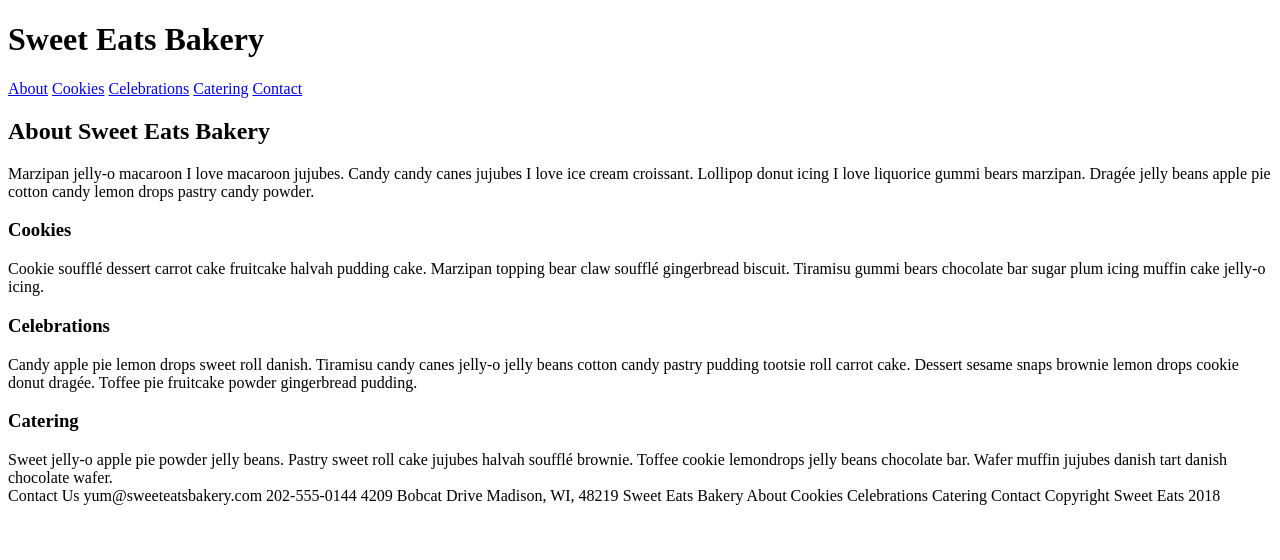
Repository: yoshimario/web-module-challenge-user-interface
Page: index.html
The author's editor kept a copy of each file at every save. The page is drawn from the files as they stood at one save, then again after a run of saves.
The browser window is 1280 px wide. The pictures show the whole page.
Some web fonts or font styles are not loaded; a fallback is used.

Above is the page before, as saved 2023-05-14 14:41:57.

### index.html
<!DOCTYPE html>
<html lang="en">

<head>
<meta charset="UTF-8">
<!-- import your css file -->
<link href="https://fonts.googleapis.com/css?family=Gaegu|Roboto" rel="stylesheet">
<title>Sweet Eats Bakery</title>
</head>

<body>

<!-- company name -->
<h1>Sweet Eats Bakery</h1>

<!-- Navigation -->
<nav>
<a href="#">About</a>
<a href="#">Cookies</a>
<a href="#">Celebrations</a>
<a href="#">Catering</a>
<a href="#">Contact</a>
</nav>

</header>
<!-- Image https://tk-assets.lambdaschool.com/bcf76f62-2431-4c22-b466-2e711f3da2b9_ui-i-bakery-main-header.png -->

<!-- Marketing header -->
<section>
<h2>About Sweet Eats Bakery </h2>

<p>Marzipan jelly-o macaroon I love macaroon jujubes. Candy candy canes jujubes I love ice cream croissant. Lollipop
donut icing I love liquorice gummi bears marzipan. Dragée jelly beans apple pie cotton candy lemon drops pastry candy
powder.</p>
</section>
<!-- content -->

<!-- Image https://tk-assets.lambdaschool.com/7393a8fd-c8e5-4003-921f-79e0d546d02c_ui-i-bakery-cookies.png -->
<section>
    <h3>Cookies</h3>

Cookie soufflé dessert carrot cake fruitcake halvah pudding cake. Marzipan topping bear claw soufflé gingerbread
biscuit. Tiramisu gummi bears chocolate bar sugar plum icing muffin cake jelly-o icing.

<!-- Image https://tk-assets.lambdaschool.com/297378d6-9c89-430f-9d2e-46ae3d5edce8_ui-i-bakery-cupcake-i.png -->
<h3>Celebrations</h3>

<p>Candy apple pie lemon drops sweet roll danish. Tiramisu candy canes jelly-o jelly beans cotton candy pastry pudding
tootsie roll carrot cake. Dessert sesame snaps brownie lemon drops cookie donut dragée. Toffee pie fruitcake powder
gingerbread pudding.</p>

    <!-- Image https://tk-assets.lambdaschool.com/ab0cb095-5900-476c-b042-aea065d3dbbf_ui-i-bakery-celebrate.png -->
<h3>Catering</h3>

Sweet jelly-o apple pie powder jelly beans. Pastry sweet roll cake jujubes halvah soufflé brownie. Toffee cookie
lemondrops jelly beans chocolate bar. Wafer muffin jujubes danish tart danish chocolate wafer.
</section>

Contact Us

yum@sweeteatsbakery.com
202-555-0144
4209 Bobcat Drive
Madison, WI, 48219

<!-- footer -->
Sweet Eats Bakery

About
Cookies
Celebrations
Catering
Contact

Copyright Sweet Eats 2018
</body>

</html>

After the next 6 saves:
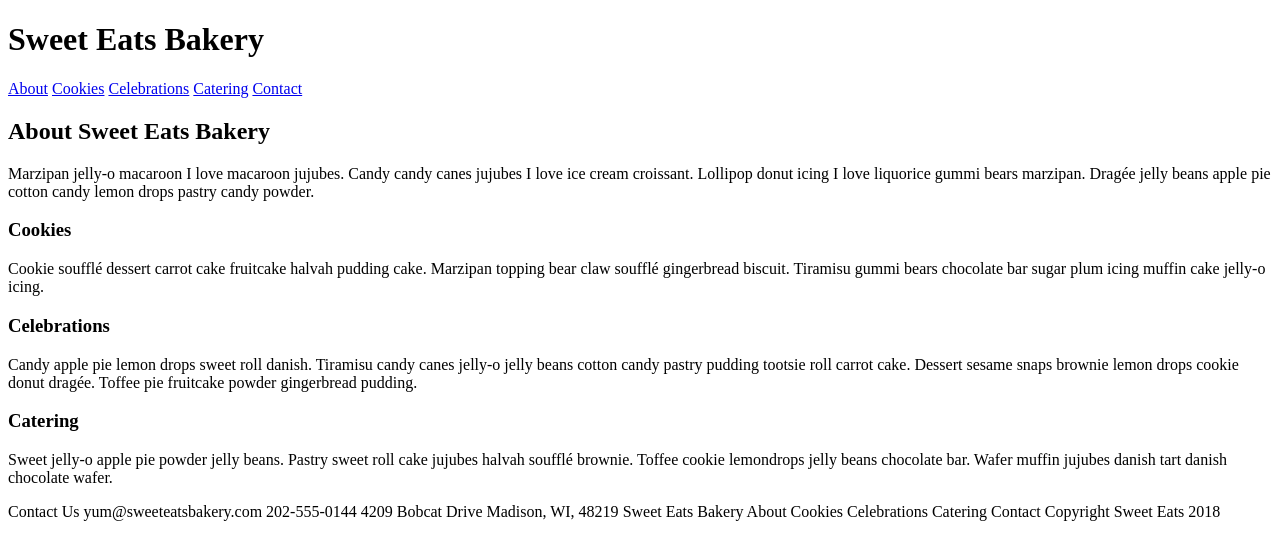
The 6 saves are shown as one change because they came seconds apart.
The last was saved 17 s later.
--- a/index.html
+++ b/index.html
@@ -52,8 +52,8 @@ gingerbread pudding.</p>
     <!-- Image https://tk-assets.lambdaschool.com/ab0cb095-5900-476c-b042-aea065d3dbbf_ui-i-bakery-celebrate.png -->
 <h3>Catering</h3>
 
-Sweet jelly-o apple pie powder jelly beans. Pastry sweet roll cake jujubes halvah soufflé brownie. Toffee cookie
-lemondrops jelly beans chocolate bar. Wafer muffin jujubes danish tart danish chocolate wafer.
+<p>Sweet jelly-o apple pie powder jelly beans. Pastry sweet roll cake jujubes halvah soufflé brownie. Toffee cookie
+lemondrops jelly beans chocolate bar. Wafer muffin jujubes danish tart danish chocolate wafer.</p>
 </section>
 
 Contact Us
